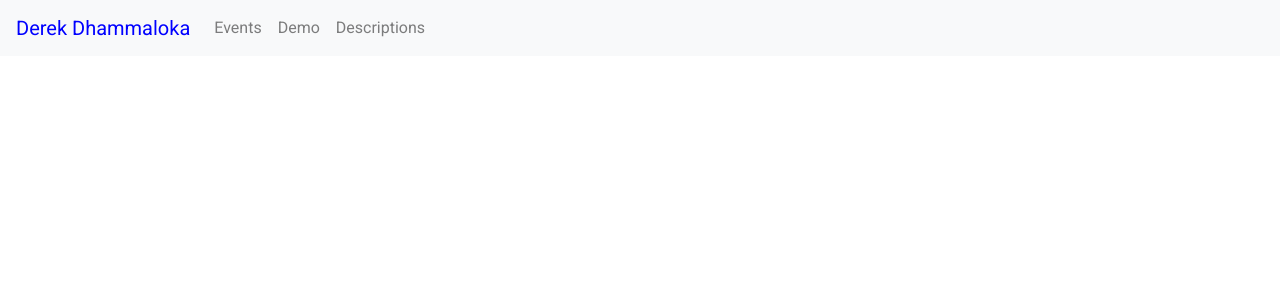
Repository: derektypist/product-landing-page
Page: index.html
The author's editor kept a record of every edit. The page is drawn from the files as they stood at one moment, then again after the next edit.
The browser window is 1280 px wide. The pictures show the whole page.

Above is the page before.

### index.html
<!DOCTYPE html>
<html lang="en">

<head>
    <meta charset="UTF-8">
    <meta name="viewport" content="width=device-width, initial-scale=1.0">
    <meta http-equiv="X-UA-Compatible" content="ie=edge">
    <title>Product Landing Page</title>
    <!-- Load Style Sheets -->
    <link rel="stylesheet" href="https://maxcdn.bootstrapcdn.com/bootstrap/4.4.1/css/bootstrap.min.css" integrity="sha384-Vkoo8x4CGsO3+Hhxv8T/Q5PaXtkKtu6ug5TOeNV6gBiFeWPGFN9MuhOf23Q9Ifjh" crossorigin="anonymous">
    <link rel="stylesheet" href="https://maxcdn.bootstrapcdn.com/font-awesome/4.7.0/css/font-awesome.min.css" type="text/css" />
    <link href="https://fonts.googleapis.com/css?family=Roboto&display=swap" rel="stylesheet">
    <style>
        /* Header and Navigation */

        #header {
            font-family: "Roboto", Arial, Verdana, sans-serif;
        }

        #header-img {
            color: blue;
        }

        #nav-bar {
            background-color: lightgreen;
        }
    </style>
</head>

<body>
    <!-- Set Up Header -->
    <header id="header">
        <!-- Set Up Navigation -->
        <nav class="navbar navbar-expand navbar-light bg-light fixed-top" id="nav-bar">
            <a class="navbar-brand mb-0 h1" href="index.html" id="header-img">Derek Dhammaloka</a>
            </a>
            <button class="navbar-toggler" type="button" data-toggle="collapse" data-target="navbarSupportedContent" aria-controls="navbarSupportedContent" aria-expanded="false" aria-label="Toggle navigation">
    <span class="navbar-toggler-icon"></span>
  </button>
            <div class="collapse navbar-collapse" id="navbarSupportedContent">
                <ul class="navbar-nav mr-auto">
                    <li class="nav-item">
                        <a class="nav-link" href="#">Events</a>
                    </li>
                    <li class="nav-item">
                        <a class="nav-link" href="#">Demo</a>
                    </li>
                    <li class="nav-item">
                        <a class="nav-link" href="#">Descriptions</a>
                    </li>
                </ul>
        </nav>
    </header>
</body>

</html>

After the next edit:
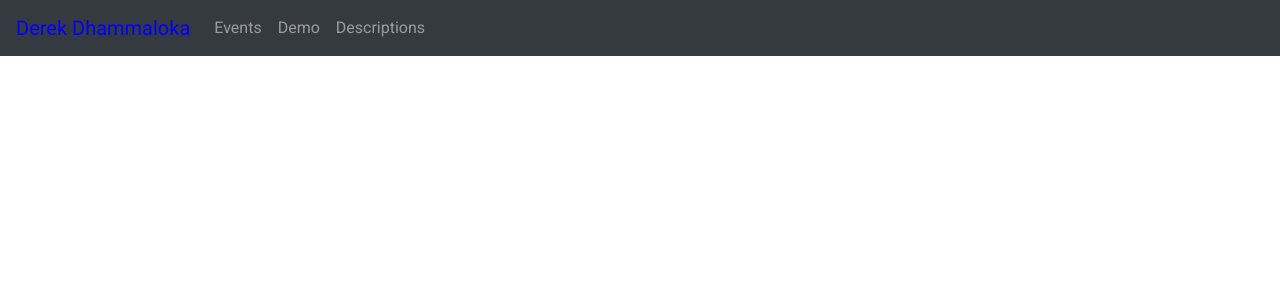
The edit:
--- a/index.html
+++ b/index.html
@@ -31,7 +31,7 @@
     <!-- Set Up Header -->
     <header id="header">
         <!-- Set Up Navigation -->
-        <nav class="navbar navbar-expand navbar-light bg-light fixed-top" id="nav-bar">
+        <nav class="navbar navbar-expand navbar-dark bg-dark fixed-top" id="nav-bar">
             <a class="navbar-brand mb-0 h1" href="index.html" id="header-img">Derek Dhammaloka</a>
             </a>
             <button class="navbar-toggler" type="button" data-toggle="collapse" data-target="navbarSupportedContent" aria-controls="navbarSupportedContent" aria-expanded="false" aria-label="Toggle navigation">
